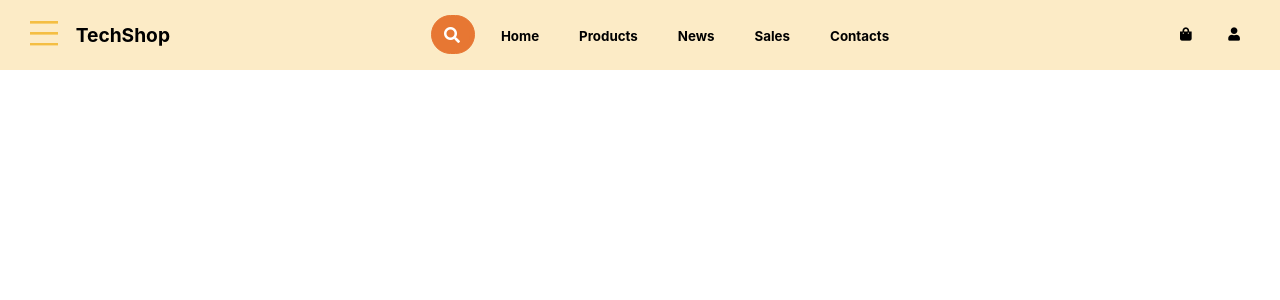
Repository: dinhngocup/TechShop
Page: /
The author's editor kept a copy of each file at every save. The page is drawn from the files as they stood at one save, then again after a run of saves.
The browser window is 1280 px wide. The pictures show the whole page.
Some web libraries are served in a nearby version. The project was rebuilt for these pictures with package versions that can differ from the ones it lists, and the page was loaded fresh each time. Also part of the build but not shown: src/App.css, src/components/news.jsx, src/components/Home/Banner/_banner.scss, src/components/Home/Banner/banner.jsx, src/components/Home/_home.scss, src/components/Home/home.jsx.

Above is the page before, as saved 2021-03-18 00:41:13.

### public/index.html
<!doctype html>
<html lang="en">
  <head>
    <title>Title</title>
    <!-- Required meta tags -->
    <meta charset="utf-8">
    <meta name="viewport" content="width=device-width, initial-scale=1, shrink-to-fit=no">

    <!-- Bootstrap CSS -->
    <link rel="stylesheet" href="https://stackpath.bootstrapcdn.com/bootstrap/4.3.1/css/bootstrap.min.css" integrity="sha384-ggOyR0iXCbMQv3Xipma34MD+dH/1fQ784/j6cY/iJTQUOhcWr7x9JvoRxT2MZw1T" crossorigin="anonymous">

    <!-- Font awesome-->
    <link rel="stylesheet" href="https://maxcdn.bootstrapcdn.com/font-awesome/4.7.0/css/font-awesome.min.css">
    <link rel="stylesheet" href="https://cdnjs.cloudflare.com/ajax/libs/font-awesome/5.13.0/css/all.min.css">
  </head>
  <body>
    <div id="root"></div>
    <!-- Optional JavaScript -->
    <!-- jQuery first, then Popper.js, then Bootstrap JS -->
    <script src="https://code.jquery.com/jquery-3.3.1.slim.min.js" integrity="sha384-q8i/X+965DzO0rT7abK41JStQIAqVgRVzpbzo5smXKp4YfRvH+8abtTE1Pi6jizo" crossorigin="anonymous"></script>
    <script src="https://cdnjs.cloudflare.com/ajax/libs/popper.js/1.14.7/umd/popper.min.js" integrity="sha384-UO2eT0CpHqdSJQ6hJty5KVphtPhzWj9WO1clHTMGa3JDZwrnQq4sF86dIHNDz0W1" crossorigin="anonymous"></script>
    <script src="https://stackpath.bootstrapcdn.com/bootstrap/4.3.1/js/bootstrap.min.js" integrity="sha384-JjSmVgyd0p3pXB1rRibZUAYoIIy6OrQ6VrjIEaFf/nJGzIxFDsf4x0xIM+B07jRM" crossorigin="anonymous"></script>
  </body>
</html>

### src/App.js
import Header from "./components/Header/header";
import "./App.css";
import "./_app.scss";
import News from "./components/news";
import Home from "./components/Home/home";
import { BrowserRouter as Router, Switch, Route } from "react-router-dom";
function App() {
  return (
    <div className="wrapper">
      <div className="main-content">
        <Router>
          <Header />
          <Switch>
            <Route path="/home" component={Home} />
            <Route path="/shopping-cart" />
            <Route path="/user-info" />
            <Route path="/products" />
            <Route path="/news" component={News} />
            <Route path="/sales" />
            <Route path="/contacts" />
          </Switch>
        </Router>
      </div>
    </div>
  );
}

export default App;

### src/components/Header/header.jsx
import React from 'react';
import './_header.scss'
import Menu from './Menu/menu'
import Nav from './Nav/nav'
import Info from './Info/info'

function Header() {
    return (
        <div className='header d-flex sticky-top'>
            <Menu />
            <Nav />
            <Info />
        </div>
    );
}

export default Header;

### src/_app.scss
.wrapper  {
    background-color: rgb(252,235,198);
    display: flex;
    justify-content: center;

}


@media (max-width: 1440px) {
    .main-content {
        width: 100%;
    }
}

@media (min-width: 1441px) {
    .main-content {
        width: 80%;
    }
}
@media (min-width: 1600px) {
    .main-content {
        width: 60%;
    }
}

@media (min-width: 2400px) {
    .main-content {
        width: 50%;
    }
}

### src/components/Header/_header.scss
.header {
   height: 70px;
   background-color: rgb(252,235,198);
   flex-direction: row;
   align-items: center;
   justify-content: space-between;
   padding: 0px 30px;
   width: 100%;
}

### src/components/Header/Menu/menu.jsx
import React, { useState, useEffect } from "react";
import "./_menu.scss";
import { Link } from "react-router-dom";
import MenuItem from "./menu-item";

function Menu() {
  const [isHiddingMenu, setIsHiddingMenu] = useState(false);
  const [nav, setNav] = useState("");
  const [li, setLi] = useState("");

  //const [menuItems, setMenuItems] = useState("");

  const placeLiElement = (li, nav) => {
    let boundary_y = li[0].getBoundingClientRect().top;
    li.forEach((el, i) => {
      let top =
        el.getBoundingClientRect().top +
        el.getAttribute("data-group") * -11 -
        boundary_y;
      el.style.setProperty("--top", top);
      el.style.setProperty("--delay-close", `${i * 0.1}s`);
      el.style.setProperty("--delay-open", `${(li.length - i) * 0.1}s`);
    });
    nav.classList.toggle("nav-closed");

  }


  //get nav & li position
  useEffect(() => {
    let navElement = document.getElementById("hidden-menu");
    let liElement = navElement.querySelectorAll("li");
    let group_size = Math.ceil(liElement.length / 3);
    let group_index = 0;
    setNav(navElement);
    setLi(liElement);
    liElement.forEach((e, i) => {
      e.setAttribute("data-group", group_index);
      group_index =
        i % group_size === group_size - 1 ? group_index + 1 : group_index;
    });

    setIsHiddingMenu(true);
    placeLiElement(liElement, navElement);
    //console.log('1', isHiddingMenu);

  }, []);

  const showMenu = (isHiddingMenu) => {
    const menuItemsFromDB = [
      {
        label: "Home",
        to: "/home",
        activeOnlyWhenExact: false,
      },
      {
        label: "Contacts",
        to: "/contacts",
        activeOnlyWhenExact: false,
      },
      {
        label: "News",
        to: "/news",
        activeOnlyWhenExact: false,
      },
      {
        label: "Products",
        to: "/products",
        activeOnlyWhenExact: false,
      },
      {
        label: "Sales",
        to: "/sales",
        activeOnlyWhenExact: false,
      },
    ];

    let res = null;
    if (menuItemsFromDB.length > 0)
      res = menuItemsFromDB.map((item, index) => {
        let data = {
          label: item.label,
          to: item.to,
          activeOnlyWhenExact: item.activeOnlyWhenExact,
        };

        return (
          <li key={index}>
            <MenuItem data={data}
            isHiddingMenu={isHiddingMenu}
            handleHideMenu={HandleHiddenMenu}/>
          </li>
        );
      });
    return res;
  };

  const HandleHiddenMenu = (e) => {
    setIsHiddingMenu(!isHiddingMenu);
    //console.log('2', isHiddingMenu);



    // if declare e.preventDef and e.stopPropa, direct to new page is prevented
    //e.preventDefault();

    placeLiElement(li, nav);

    //e.stopPropagation();
  };
  return (

    <div className="fluid-container menu">
      <div className="row">
        <div className="col hidden-menu-container">
          <ul className="hidden-menu" id="hidden-menu">
            {showMenu(isHiddingMenu)}

            <button className="nav-toggle" onClick={HandleHiddenMenu}>
              X
            </button>
          </ul>
        </div>
        <div className="col">
          <Link className="shop-name" to="/home">
            TechShop
          </Link>
        </div>
      </div>
    </div>
  );
}

export default Menu;

### src/components/Header/Nav/nav.jsx
import React from "react";
import './_nav.scss'
import {
  NavLink,
} from "react-router-dom";
import Search from './search'
function Nav(props) {
    return (

        <div className='nav-bar d-flex'>
            <Search />
            <nav className='nav'>
                <ul>
                    <li>
                        <NavLink
                            activeClassName='active'
                            to="/home"
                            exact>
                            Home
                        </NavLink>
                    </li>
                    <li>
                        <NavLink
                            activeClassName='active'
                            to="/products">
                            Products
                        </NavLink>
                    </li>
                    <li>
                        <NavLink
                            activeClassName='active'
                            to="/news">
                            News
                        </NavLink>
                    </li>
                    <li>
                        <NavLink
                            activeClassName='active'
                            to="/sales">
                            Sales
                        </NavLink>
                    </li>
                    <li>
                        <NavLink
                            activeClassName='active'
                            to="/contacts">
                            Contacts
                        </NavLink>
                    </li>
                </ul>
            </nav>


        </div>
    );
}

export default Nav;

### src/components/Header/Info/info.jsx
import React from "react";
import "./_info.scss";
import {
  NavLink,
} from "react-router-dom";

function Info() {
    return (
        <div className="info-group d-flex">
            <NavLink
                activeClassName='active'
                to="/shopping-cart">
                <i className="fa fa-shopping-bag"></i>
            </NavLink>
            <NavLink
                activeClassName='active'
                to="/user-info">
                <i className="fa fa-user"></i>
            </NavLink>
        </div>
    );
}

export default Info;

### src/components/Header/Menu/_menu.scss
@import '../Shared.scss';
.menu {
    width: 140px;
    .shop-name {
        font-weight: bold;
        font-size: larger;
        color: black;
        text-decoration: none;
    }

    .hidden-menu-container {
        display: relative;
        z-index: 999;
        .hidden-menu {
            display: inline-block;
            list-style-type: none;

            position: absolute;
            top:0;
            list-style-type: none;
            padding: 0;
            margin: 0;
            width: 200px;


            li {
                overflow: visible;
                height: 60px;
                width: 100%;
                background-color: rgb(244, 190, 67);

                transform-origin: 0 0;
                transition: transform 0.6s ease;
                transition-delay: var(--delay-open);
                padding: 20px 40px;
                align-items: center;
                a {
                    text-align: center;
                    color: rgba(255, 255, 255, 0.6);
                    font-size: 16px;
                    &:hover {
                        text-decoration: none;
                        color: white !important;
                        box-shadow: 10px 0px 40px -5px #fff;
                    }
                    &.active {
                        color: white;
                        font-weight: 700;
                    }

                }
            }
            .nav-toggle {
                position: absolute;
                top: 0;
                width: 50px;
                height: 50px;
                /* opacity: 0; */
                cursor: pointer;
                transform-origin: 0 0;
                outline: none;
                margin-left: 10px;
                right: 0;
                transition: right 1s ease, opacity 1s ease;
                opacity: 1;
                background-color: rgb(244, 190, 67);
                border: none;
                color:rgba(255, 255, 255, 0.6);
            }

            .nav-toggle:hover {
                border-radius: 50%;
                background-color: rgba(244, 190, 67, 0.1);
                color: white

            }
        }

        .nav-closed a {
            color: rgb(244, 190, 67);
        }

        .nav-closed li {
            transform: translateY(calc(var(--top) * -1px)) scaleY(0.04) scaleX(0.14);
            transition-delay: var(--delay-close);
            color: rgb(244, 190, 67);
        }

        .nav-closed .nav-toggle {
            right: calc(100% - 50px);
            opacity: 0;
        }
    }
}

### src/components/Header/Menu/menu-item.jsx
import React from 'react'
import PropTypes from 'prop-types'
import { Route, NavLink } from "react-router-dom";

MenuItem.propTypes = {
    data: PropTypes.object.isRequired,
    isHiddingMenu: PropTypes.bool.isRequired,
    handleHideMenu: PropTypes.func,
}

function MenuItem(props) {
    const {data, isHiddingMenu, handleHideMenu} = props;
    //console.log('3',isHiddingMenu)


    return (
        <Route
          path={data.to}
          exact={data.activeOnlyWhenExact}
          children={() => {
            if (isHiddingMenu) return <span>{data.label}</span>;
            return (
              <NavLink
                activeClassName="active"
                to={data.to}
                exact={data.activeOnlyWhenExact}
                onClick={handleHideMenu}
              >
                {data.label}
              </NavLink>
            );
          }}
        />
      );
}


export default MenuItem

### src/components/Header/Nav/_nav.scss
.nav-bar {
    align-items: center;
    .nav {
        ul {
            padding: 0;
            margin: 0;
            li {
                display: inline;
                padding: 20px;
                font-size: smaller;
                font-weight: bold;
                position: relative;
                a {
                    color: black;
                    transition: 0.8s;
                    &:after {
                        transition: 0.8s;
                        position: absolute;
                        content: "";
                        background-color: #E77733;

                        height: 2px;
                        width: 0%;

                        bottom: 10px;
                        left:0;
                        right: 0;

                        margin: 0 auto;
                    }
                    &:hover {
                        text-decoration: none;
                        color: #E77733;
                        &:after {
                            width: 50%;
                        }
                    }
                }
                .active {
                    color: #E77733;
                    &:after {
                        position: absolute;
                        content: "";
                        background-color: #E77733;

                        height: 2px;
                        width: 50%;

                        bottom: 10px;
                        left:0;
                        right: 0;

                        margin: 0 auto;
                    }
                }


            }
        }

    }
}

### src/components/Header/Nav/search.jsx
import React from 'react'
import './_search.scss'


function Search(props) {
    return (
        <form  className='search-form'>
            <input type="search" />
            <i className="fa fa-search"></i>
        </form>
    )
}



export default Search

### src/components/Header/Info/_info.scss

@import '../Shared.scss';

.info-group {
    font-size: smaller;
    justify-content: space-between;
    align-items: center;
    width: 80px;
    a {
        color: black;
        i {
            padding: 10px;
            border-radius: 50%;
            &:hover {
                box-shadow: 10px 0px 40px -5px #E77733, inset 0px 0px 40px 0px white;
            }
        }
        &.active {
            i {
                @include inset-shadow-active;
            }
        }

    }
}

### src/components/Header/Shared.scss
@mixin inset-shadow {
    padding: 10px;
    border-radius: 50%;
    box-shadow: inset 0px 0px 10px 0px white;
    &:hover {
        box-shadow: 10px 0px 40px -5px #E77733, inset 0px 0px 40px 0px white;
    }

}

@mixin inset-shadow-active {
    transition: 0.8s;
    box-shadow: 0 0 0px 2px #E77733, inset 0px 0px 40px 0px white;


}

### src/components/Header/Nav/_search.scss
.search-form {
    z-index: 999;
    display: inline;
    position: relative;

    width: 50px;
    height: 40px;

    input {
        padding-left: 40px;
        position: absolute;
        top: 0;
        left: 0;
        width: 40px;

        line-height: 35px;

        //     font-size: 1em;
        border-radius: 25px;
        border: solid 1px #E77733;
        transition: 0.8s;
        background-color: #E77733;
        pointer-events: none;
        &:focus {
            outline: none;
        }
    }
    &:hover {
        i {
            color: #E77733;
            background-color: white;
        }
        input {
            pointer-events: visible;
            width: 470px;
            background-color: white;
        }
    }
    i {
        box-sizing: border-box;

        position: absolute;
        top: 2px;
        left: 3px;
        border-radius: 50%;
        padding: 10px;
        background-color: #E77733;
        color: white
    }
}

// form:hover{
//     width: 200px;
//     cursor: pointer;
// }

// form:hover input{
//     display: block;
// }

// form:hover .fa{
//     background: #07051a;
//     color: white;
// }

Loaded but not shown: src/index.js (common file); src/index.css (common file); src/reportWebVitals.js (common file)

After the next 3 saves:
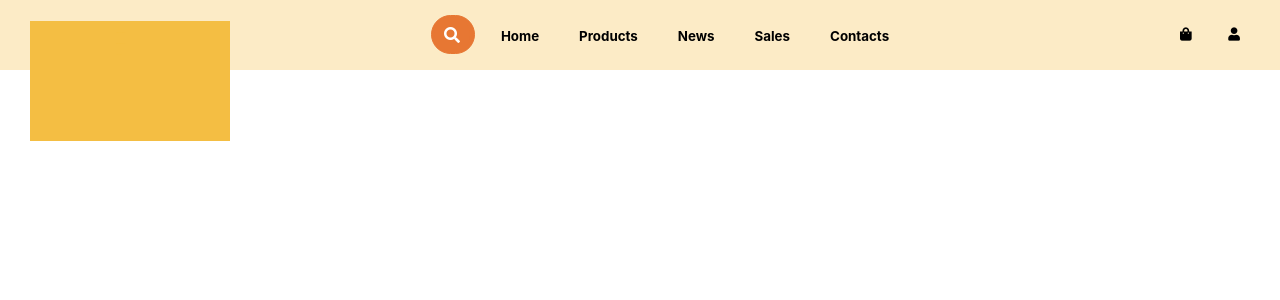
The 3 saves are shown as one change because they came seconds apart.
The last was saved 10 s later.
--- a/src/components/Header/Menu/_menu.scss
+++ b/src/components/Header/Menu/_menu.scss
@@ -22,7 +22,8 @@
             margin: 0;
             width: 200px;
 
-
+            background-color: rgb(244, 190, 67);
+            border
             li {
                 overflow: visible;
                 height: 60px;
